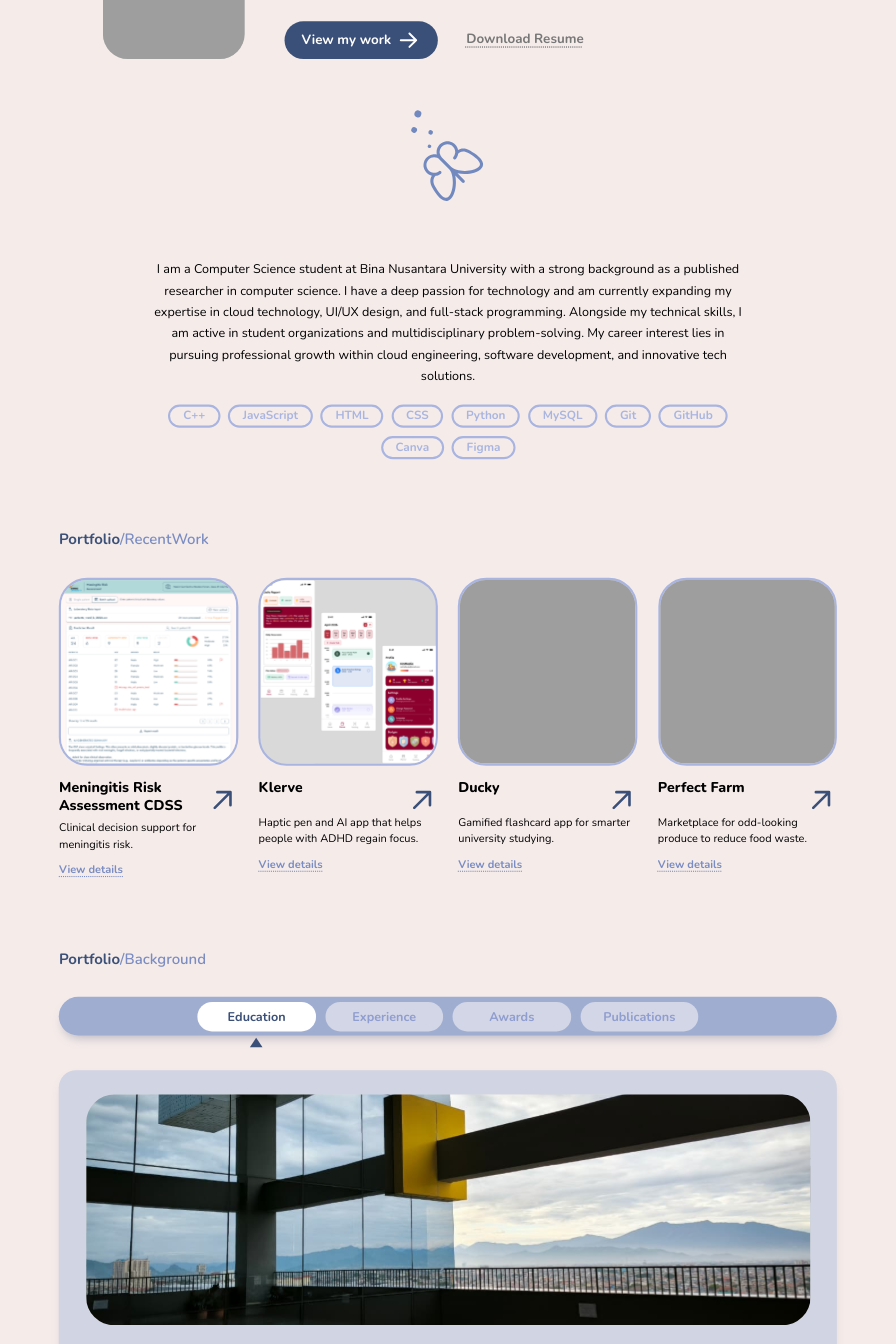
Repository: L-vy/L-vy
Page: /
The author's editor kept a copy of each file at every save. The page is drawn from the files as they stood at one save, then again after the next save.
The browser window is 1280 px wide. The pictures show the part of the page from y = 518 to 2438 px (the page is 3227 px tall), at 70% of full size.
Pictures or frames that could not be fetched are drawn as grey boxes. Some web fonts or font styles are not loaded; a fallback is used. The project was rebuilt for these pictures with package versions that can differ from the ones it lists, and the page was loaded fresh each time. Also part of the build but not shown: vite.config.ts, src/components/ExperienceBinder.tsx, src/components/FolderCard.tsx, src/components/ProjectSidebar.tsx, src/pages/ProjectDetails.tsx.

Above is the page before, as saved 2026-10-07 21:51:20.

### index.html
<!doctype html>
<html lang="en">
  <head>
    <meta charset="UTF-8" />
    <meta name="viewport" content="width=device-width, initial-scale=1.0" />
    <meta name="description" content="Portfolio of Latasha Ivy Khoe, Computer Science student specializing in Cloud Technology, UI/UX design and full-stack development." />
    <meta name="theme-color" content="#7288c1" />
    <link rel="icon" href="/images/ivy-logo.svg" />
    <link rel="preconnect" href="https://fonts.googleapis.com" />
    <link rel="preconnect" href="https://fonts.gstatic.com" crossorigin />
    <link href="https://fonts.googleapis.com/css2?family=Nunito:ital,wght@0,400;0,600;0,700;0,800;1,400&family=Playwrite+US+Modern:wght@100..400&display=swap" rel="stylesheet" />
    <title>Latasha Ivy Khoe | Portfolio</title>
  </head>
  <body>
    <div id="root"></div>
    <script type="module" src="/src/main.tsx"></script>
  </body>
</html>

### src/main.tsx
import { StrictMode } from 'react'
import { createRoot } from 'react-dom/client'
import App from './App'
import './styles.css'
createRoot(document.getElementById('root')!).render(<StrictMode><App /></StrictMode>)

### src/App.tsx
import { BrowserRouter, Route, Routes } from 'react-router-dom'
import Home from './pages/Home'
import ProjectDetails from './pages/ProjectDetails'
import CursorCircle from './components/CursorCircle'
export default function App() {
  return (
    <BrowserRouter>
      <CursorCircle />
      <Routes>
        <Route path="/" element={<Home />} />
        <Route path="/recentworks/:id" element={<ProjectDetails />} />
        <Route path="*" element={<Home />} />
      </Routes>
    </BrowserRouter>
  )
}

### src/styles.css
/* Sizes are authored at design scale (16px = 1rem) and rendered at 75% via html{font-size:75%}. */
:root{--blue:#7288c1;--cream:#f5ecea;--ink:#3b5078;--peri:#7a8cc2;--light:#a9b5e0;--bar:#9fadd1;--pill:#d3d6e6;--panel:#d1d4e3;--ph:#d9d9d9;--txt:#000;--gut:max(3.5rem,calc((100% - 68.75rem)/2 + 3.5rem));color-scheme:light}
html{font-size:75%}
*{box-sizing:border-box}
body{margin:0;background:var(--cream);color:var(--txt);font-family:'Nunito',system-ui,sans-serif;line-height:1.4}
h1,h2,h3,p,ul{margin:0}
ul{padding:0;list-style:none}
a{color:inherit}
button{font-family:inherit;cursor:pointer}
img{max-width:100%}
:focus-visible{outline:3px solid var(--ink);outline-offset:3px}
.fx{font-family:'Playwrite US Modern','Nunito',cursive;font-weight:400}
.nav{position:relative;height:4.5rem;background:var(--blue)}
.nav::after{content:'';position:absolute;left:0;right:0;top:100%;height:2.875rem;background:var(--blue)}
.nav-tabs{max-width:68.75rem;margin:0 auto;height:100%;display:flex;align-items:flex-end;padding-left:28%}
.nav-tab{width:8.25rem;height:4rem;border:0;background:none;color:#e9ecf7;display:grid;place-items:center;padding:0;transition:opacity .25s}
.nav-tab:hover{opacity:.8}
.nav-tab.active{background:var(--cream);border-radius:1.5rem 1.5rem 0 0;color:var(--light);opacity:1}
.nav-tab img{height:2.125rem}
.page{position:relative;z-index:1;background:var(--cream);border-radius:2.875rem 2.875rem 0 0;padding:0 var(--gut);}
.section{padding-top:5.625rem}
.hero{position:relative;padding-top:2.875rem;}
.hero-top{display:flex;justify-content:space-between;align-items:center}
.path{font-size:1.1875rem;font-weight:600;color:var(--peri)}
.path b{color:var(--ink);font-weight:700}
.crumb{background:none;border:0;padding:0;font:inherit;color:inherit}
.crumb:hover{text-decoration:underline dotted;text-underline-offset:0.25rem}
.contact-link{background:none;border:0;font-size:1.1875rem;font-weight:700;color:var(--ink)}
.hero-grid{display:grid;grid-template-columns:max-content auto;gap:3.125rem;align-items:flex-end;margin-top:3.25rem; padding: 0 var(--gut);}
.hero-photo{width: 100%;max-width: 135px;aspect-ratio: 200 / 375;object-fit:cover;background:var(--ph);border-radius:2rem;transition:transform .3s}
.hero-photo:hover{transform:rotate(-1.2deg) scale(1.015)}
.hello{height:3.375rem;width:auto;display:block}
h1{margin-top:0.25rem;font:400 2.5rem/1.35 'Playwrite US Modern','Nunito',cursive}
.lead{max-width:max-content;font-size:1.0625rem;line-height:1.6;margin-top:0.875rem}
.lead.sm{font-size:0.9375rem;max-width:none;margin-top:1.25rem}
.actions{display:flex;align-items:center;gap:2.25rem;margin-top:1.625rem;flex-wrap:wrap}
.btn{display:inline-flex;align-items:center;gap:0.5rem;background:var(--ink);color:#fff;border:0;border-radius: 32rem;padding: 0.575rem 1.375rem;font-size:1.0625rem;font-weight:700;transition:transform .25s}
.btn:hover{transform:translateY(-2px)}
.btn.blue{background:var(--blue);font-size:1.1875rem;padding:0.575rem 1.75rem}
.link-dotted{text-decoration:underline dotted;text-underline-offset:0.25rem;font-weight:700}
.link-dotted.grey{color:#777;font-size:1.0625rem}
.butterfly{display:block;margin:4rem auto 0;width:6rem}
.intro{max-width:47.5rem;margin:4.375rem auto 0;text-align:center}
.intro-text{font-size:1rem;line-height:1.7}
.pills{display:flex;flex-wrap:wrap;gap:0.625rem;justify-content:center;margin-top:1.375rem}
.pills.left{justify-content:flex-start}
.pill{border-radius:24rem;border:2px solid var(--light);padding:0.1rem 1rem;font-weight:700;font-size:0.9375rem;background:var(--cream);color:var(--light)}
.pill.solid-outline{background:none;border:1.5px solid var(--peri);font-size:1rem}
.reveal{opacity:0;transform:translateY(0.875rem);transition:opacity .6s,transform .6s}
.reveal.in{opacity:1;transform:none}
.fill{height:100%}
.cards{display:grid;grid-template-columns:repeat(4,1fr);gap:1.625rem;margin-top:2.125rem}
.card{display:flex;flex-direction:column;min-width:0}
.card-img{display:block;aspect-ratio:400/420;border-radius:2.25rem;border:2px solid var(--light);overflow:hidden;background:var(--ph);transition:transform .3s}
.card-img img{width:100%;height:100%;object-fit:cover;display:block}
.card:hover .card-img{transform:rotate(-1.2deg) scale(1.015)}
.card-title{display:flex;justify-content:space-between;align-items:flex-start;gap:0.5rem;margin-top:1rem;color:var(--ink)}
.card-title .icon{flex:none}
.clamp{font-size:1.125rem;font-weight:800;line-height:1.3;color:var(--txt);display:-webkit-box;-webkit-line-clamp:2;-webkit-box-orient:vertical;overflow:hidden}
.card-sum{font-size:0.875rem;line-height:1.5;margin-top:0.375rem}
.card-links{margin-top:0.625rem}
.card-links .link-dotted{color:var(--peri);font-size:0.875rem}
.tabbar{position:relative;background:var(--bar);border-radius:62.4375rem;padding:0.375rem 0.5rem;display:flex;justify-content:center;gap:0.75rem;margin-top:2.125rem;box-shadow:0 0.5rem 0.875rem -0.375rem rgba(60,70,110,.35)}
.tabwrap{position:relative;width:min(9.375rem,22%)}
.tab{width:100%;border:0;border-radius:62.4375rem;padding:0.5rem 0;font-size:1rem;font-weight:700;background:var(--pill);color:#8f9dcf;transition:background .25s,color .25s}
.tab.on{background:#fff;color:var(--ink)}
.pointer{position:absolute;left:50%;bottom:-1.25rem;margin-left:-0.5625rem;border:0.5625rem solid transparent;border-top:0;border-bottom:0.8125rem solid var(--ink)}
.panel{margin-top:2.75rem;background:var(--panel);border-radius:1.375rem;height:30.625rem;box-shadow:0 0.375rem 1rem -0.5rem rgba(60,70,110,.3);transition:background .3s,box-shadow .3s}
.panel.bound{background:transparent;box-shadow:none}
.banner{height:100%;display:flex;flex-direction:column;gap:2.125rem;padding:1.875rem 2.125rem 2.5rem}
.banner-img{flex:1;min-height:0;width:100%;object-fit:cover;background:var(--ph);border-radius:2.25rem;transition:transform .3s}
.banner:hover .banner-img{transform:rotate(-1.2deg) scale(1.015)}
.tx{padding-left:0.4375rem}
.tx h2{font-size:1.625rem;line-height:1.4}
.tx h3{margin-top:2px;font-size:1.1875rem;font-weight:700}
.tx p{margin-top:0.375rem;font-style:italic;font-size:0.9375rem}
.folders{height:100%;display:grid;grid-template-columns:1fr 1fr;gap:1.5rem;padding:1.75rem 2rem}
.folder{--rim:#3b5078;--body:#f3f3f9;background:var(--rim);border-radius:1.875rem;padding:1.5px;display:flex;flex-direction:column;overflow:hidden}
.media{height:11.875rem;margin-bottom:-2.5rem;flex:none;position:relative;overflow:hidden;border-radius:1.78125rem 1.78125rem 0 0;background:var(--ph)}
.media>*{display:block;width:100%;height:100%;object-fit:cover;background:var(--ph);transform:scale(1.06);transition:transform .3s}
.folder:hover .media>*{transform:rotate(-1.2deg) scale(1.1)}
.rest{flex:1;position:relative;z-index:1;background:var(--body);border-radius:0 1.78125rem 1.78125rem 1.78125rem;padding:0 1.375rem 1.125rem;display:flex;flex-direction:column}
.rest .tab{position:absolute;left:0;top:-2.25rem;width:80%;height:2.3125rem;padding:0;border-radius:1.25rem 1.25rem 0 0;background:var(--body)}
.rest .tab::after{content:'';position:absolute;right:-1.25rem;bottom:0;width:1.25rem;height:1.25rem;background:radial-gradient(circle at 100% 0,transparent 1.21875rem,var(--body) 1.25rem)}
.head{position:relative;margin-top:-1.375rem}
.head::before{content:'';float:right;width:24%;height:1rem}
.head b{display:-webkit-box;-webkit-line-clamp:3;-webkit-box-orient:vertical;overflow:hidden;font-size:1.0625rem;font-weight:800;line-height:1.25}
.head span{display:block;font-size:0.9375rem;color:#6f748f;margin-top:2px}
.folder p{margin-top:0.75rem;font-size:0.84375rem;font-style:italic;line-height:1.5;display:-webkit-box;-webkit-line-clamp:4;-webkit-box-orient:vertical;overflow:hidden}
.foot{margin-top:auto;padding-top:0.625rem;display:flex;justify-content:space-between;align-items:center;min-height:2.75rem}
.foot strong{font-size:1.5625rem;line-height:1.3}
.go{display:grid;place-items:center;width:2.5rem;height:2.5rem;border-radius:50%;background:var(--ink);color:#fff;transition:transform .25s}
.go:hover{transform:translate(2px,-2px)}
.exp{position:relative;height:100%}
.plate{position:absolute;left:0;top:0;bottom:0;width:8.125rem;background:#c9cde0;border-radius:1.625rem 0 0 1.625rem;box-shadow:0 0.625rem 1.125rem -0.625rem rgba(60,70,110,.4)}
.rail{position:absolute;left:0;top:4.4375rem;width:3.75rem;height:0;z-index:2}
.rail button{position:absolute;left:0.8125rem;top:calc(var(--i)*4.5rem);width:2.9375rem;height:5.25rem;z-index:calc(var(--i) + 1);border:0;background:var(--c);color:#fff;border-radius:1.125rem 0 0 1.125rem;display:grid;place-items:center;padding:0;transition:left .25s,width .25s}
.rail button:hover,.rail button[aria-selected=true]{left:0.4375rem;width:3.3125rem}
.rail button[aria-selected=true]{z-index:10}
.fcard{--acc:#9fadd1;position:absolute;left:3.75rem;right:0;top:0;bottom:0;background:var(--cream);border:2.5px solid var(--acc);border-radius:1.625rem;box-shadow:0 0.625rem 1.25rem -0.625rem rgba(60,70,110,.4);padding:1.375rem 1.75rem 1.375rem 1.875rem;overflow:hidden;transition:border-color .35s}
.pg{position:relative;height:100%;display:grid;grid-template-columns:1fr 1fr;grid-template-rows:auto 1fr;column-gap:3.5rem;animation:in .4s ease both}
@keyframes in{from{opacity:0;transform:translateY(0.5rem)}to{opacity:1;transform:none}}
.lab{grid-column:1/-1;font-size:0.8125rem}
.col{display:flex;flex-direction:column;min-width:0}
.col.end{align-self:end;padding-bottom:0.625rem}
.t{font-size:1.6875rem;font-weight:800;color:var(--ttl);line-height:1.2;margin-top:1.75rem}
.col.end .t{margin-top:0}
.sub{font-size:1.25rem;color:var(--ttl);margin-top:0.375rem}
.d{font-size:0.875rem;line-height:1.55;margin-top:1rem;font-style:italic}
.h{font-size:0.8125rem;margin:1.375rem 0 0.375rem}
.col ul{padding-left:1.25rem;font-size:0.84375rem;line-height:1.55;list-style:disc}
.stack,.zig{position:relative;margin-top:auto}
.stack{height:8rem}
.zig{margin-top:0.875rem}
.sp{position:absolute;display:block;width:62%;height:7.375rem;object-fit:cover;background:var(--ph);border:1px solid var(--txt);border-radius:1.625rem;transform:rotate(var(--r));transition:transform .3s}
.sp:hover{z-index:9;transform:rotate(calc(var(--r)*-1)) translateY(-0.3125rem) scale(1.03)}
.stack .sp:nth-child(1){--r:-2deg;left:0;top:0.375rem}
.stack .sp:nth-child(2){--r:1.5deg;left:20%;top:0.75rem}
.stack .sp:nth-child(3){--r:-1deg;left:38%;top:0}
.zig .sp{width:70%;height:7.5625rem}
.zig .sp:nth-child(1){--r:1deg;left:0;top:0}
.zig .sp:nth-child(2){--r:-1deg;left:44%;top:7rem}
.zig .sp:nth-child(3){--r:1deg;left:-1%;top:14.125rem}
.p1{left:47%;top:0.5rem;width:29%;height:8.4375rem;--r:1deg}
.p2{left:66%;top:4.875rem;width:27%;height:auto;aspect-ratio:210/297;--r:-1deg}
.contact{text-align:center;padding:5.75rem 0 6.25rem}
.contact h2{font-size:2.25rem;font-weight:400}
.contact b{font-weight:800}
.contact .btn{margin-top:1.375rem}
.footer{background:var(--blue);color:#eef0fa;padding:3.25rem var(--gut) 2.5rem;display:flex;justify-content:space-between;align-items:flex-end;gap:1.875rem;flex-wrap:wrap;min-height:14.375rem}
.footer ul{display:flex;gap:2.75rem;align-self:flex-start}
.ci{display:block;color:#dfe4f6;transition:transform .25s}
.ci:hover,.ci.pulse{transform:translateY(-0.25rem) scale(1.12)}
.footer-by{text-align:right;line-height:2;font-size:1rem}
/* .detail{border-radius:0 0 2.875rem 2.875rem;padding-top:2.875rem;padding-bottom:4.375rem} */
.detail{flex:1;min-width:0;min-height:100vh;border-radius:0 3rem 3rem 0;padding-top:2.875rem;padding-bottom:4.375rem}
.detail-grid{display:grid;grid-template-columns:1fr 1fr;gap:3.5rem;align-items:center;margin-top:2.875rem}
.detail-title{margin:0;font:800 2rem/1.3 'Nunito',sans-serif}
.detail .pills{margin-top:1.375rem}
/* ---------- Project detail: left sidebar ---------- */
.detail-shell{display:flex;min-height:100vh;background:var(--blue)}
.side{position:sticky;top:0;align-self:flex-start;flex:none;width:5.375rem;height:100vh;display:flex;flex-direction:column;padding:6rem 0 9.875rem}

/* step indicators 01–04 */
.steps{align-self:flex-start;display:grid;gap:0.5rem}
.step{display:grid;place-items:center;width:4.3125rem;height:4.4375rem;border-radius:0 1.25rem 1.25rem 0;background:transparent;color:var(--light);font-size:1.2rem;text-decoration:none;transition:opacity .25s}
.step:not(.on):hover{opacity:.8}
.step.on{background:var(--cream);color:var(--light);text-decoration:underline dotted;text-underline-offset:0.375rem}   /* RULE 2 */

/* vertical Previous / Next */
.side-nav{margin-top:3rem;align-self:flex-start;width:4.3125rem;display:flex;flex-direction:column;align-items:center;gap:1.75rem}
.side-btn{writing-mode:vertical-rl;transform:rotate(0deg);color:var(--cream);font-size:1rem;font-weight:600;line-height:1;text-decoration:none;transition:opacity .2s}   /* white by default */
a.side-btn:hover{opacity:.8}
.side-btn.edge{color:var(--light)}   /* RULE 3 */
.meta{margin-bottom:0.875rem;font-size:1.25rem;font-weight:400;color:var(--ink)}
.contrib{margin:1.125rem 0 0.5rem;font:400 0.9375rem 'Playwrite US Modern','Nunito',cursive;color:var(--peri)}
.contrib-list {position: relative;padding-left: 1.25rem;display: grid;gap: 0.75rem;font-size: 0.90625rem;}
.contrib-list::before {content: '';position: absolute;left: 0;top: 0.25rem;bottom: 0.25rem;width: 2px;background-color:var(--light);border-radius: 9999px;}
/* .contrib-list{border-left:3px solid var(--light);border-top-left-radius: 4px;border-bottom-left-radius: 4px;padding-left:0.875rem;display:grid;gap:0.75rem;font-size:0.90625rem} */
/* .contrib-list li{display:flex;gap:0.875rem;align-items:center}
.contrib-list li::before{content:'';width:0.75rem;height:0.75rem;flex:none;border-radius:50%;border:3px solid var(--peri)} */
.detail-links{display:flex;gap:0.75rem;flex-wrap:wrap;margin-top:1.375rem}
/* .detail-links .pill{background:none;border:2px solid var(--light);color:var(--peri);padding:0.375rem 1.25rem;font:400 0.875rem 'Playwrite US Modern','Nunito',cursive;text-decoration:underline dotted;text-underline-offset:0.25rem} */
.detail-links .pill{background:none;border:2px solid var(--light);color:var(--peri);padding:0.375rem 1.25rem;font-family:inherit;font-size:0.9375rem;font-weight:700;text-decoration:underline dotted;text-underline-offset:0.25rem}
.proto{margin:0}
/* .proto img{display:block;width:100%;aspect-ratio:1/1.08;object-fit:cover;background:var(--ph);border:3px solid var(--ink);border-radius:3rem;transition:transform .3s} */
.proto img {  border: 0;  outline: 0;  border-radius: 15px;}
.proto img:hover{transform:rotate(1.2deg) scale(1.015)}
.proto figcaption{text-align:center;font-weight:500;font-size:0.9375rem;color:var(--ink);margin-top:1rem}
/* .pager{background:var(--blue);margin-top:-2.875rem;padding:5.5rem var(--gut) 1.5rem;display:flex;justify-content:center;gap:3.5rem} */
/* .pager-btn{margin-top:-3rem;height:3.25rem;display:grid;place-items:center;color:#fff;font-weight:700;font-size:1.125rem;text-decoration:none;transition:opacity .2s} */
/* .pager-btn.prev{background:var(--cream);color:var(--ink);padding:0 2.125rem;border-radius:0 0 1.5rem 1.5rem}
.pager-btn.off{opacity:.5}
.pager-btn.prev.off{opacity:1;color:var(--light)} */
/* .pager-btn.hang{background:var(--cream);color:var(--ink);padding:0 2.125rem;border-radius:0 0 1.5rem 1.5rem} */
/* .pager-btn.off{opacity:.5} */
/* .pager-btn.hang.off{opacity:1;color:var(--light)} */
.cursor-circle{position:fixed;left:0;top:0;width:4rem;height:4rem;border-radius:50%;background:rgba(114,136,193,.28);pointer-events:none;z-index:50;transform:translate(-6.25rem,-6.25rem) scale(0);transition:transform .18s}
@media (max-width:960px)
{.cards{grid-template-columns:1fr 1fr}.nav-tabs{padding-left:4%}.nav-tab{width:6rem}}
@media (max-width:760px)
{.page{border-radius:1.875rem 1.875rem 0 0;padding:0 1.25rem}.hero-grid,.detail-grid{grid-template-columns:1fr;gap:1.75rem}.hero-photo{max-width:16.25rem}h1{font-size:1.875rem}.detail-title{font-size:1.5625rem}.cards{grid-template-columns:1fr}.tab{font-size:0.75rem}.tabbar{gap:0.375rem}.pointer{display:none}.panel{height:auto}.banner{padding:1.125rem;gap:1.5rem}.banner-img{flex:none;height:11.875rem}.folders{grid-template-columns:1fr;padding:1.125rem}.folder{min-height:23.75rem}.contact h2{font-size:1.6875rem}.footer ul{gap:1.375rem}.footer-by{text-align:left}.plate{display:none}.fcard{position:static;padding:1.25rem 1.125rem;border-radius:1.375rem}.exp{height:auto}.rail{position:static;height:auto;display:flex;gap:0.375rem;padding-left:0.625rem}.rail button,.rail button:hover,.rail button[aria-selected=true]{position:static;width:3.5rem;height:2.875rem;border-radius:0.875rem 0.875rem 0 0}.pg{display:flex;flex-direction:column;gap:0.875rem;height:auto}.col.end{padding:0}.stack,.zig{height:auto;display:grid;gap:0.625rem;margin-top:0.625rem}.pg .sp{position:static;width:100%;height:6.875rem}.pg .p2{height:auto;width:58%;align-self:center}
.detail-shell{flex-direction:column;min-height:0}
.side{position:static;width:auto;height:auto;flex-direction:row;justify-content:space-between;align-items:flex-start;padding:0 1.25rem 1rem}
.steps{display:flex;gap:0.5rem;align-self:flex-start}
.step{width:3rem;height:3rem;font-size:1.25rem;border-radius:0 0 1rem 1rem}
.side-nav{width:auto;flex-direction:row;align-self:center;gap:1.25rem}
.side-btn{writing-mode:horizontal-tb;transform:none;font-size:1rem}
.detail{border-radius:0 0 1.875rem 1.875rem;min-height:0}}

@media (prefers-reduced-motion:reduce){*{transition:none!important;animation:none!important}}

### src/components/Skills.tsx
import { site } from '../data/site'
import Reveal from './Reveal'
export default function Skills() {
  return (
    <Reveal className="intro">
      <p className="intro-text">{site.about}</p>
      <ul className="pills" aria-label="Skills">{site.skills.map(s => <li key={s} className="pill">{s}</li>)}</ul>
    </Reveal>
  )
}

### src/components/RecentWorks.tsx
import { projects } from '../data/projects'
import ProjectCard from './ProjectCard'
import Reveal from './Reveal'
export default function RecentWorks() {
  return (
    <section id="recent-works" className="section">
      <p className="path"><b>Portfolio</b>/RecentWork</p>
      <Reveal className="cards">{projects.slice(0, 4).map(p => <ProjectCard key={p.id} p={p} />)}</Reveal>
    </section>
  )
}

### src/components/ContactSection.tsx
import Icon from './Icon'
import { useGoTo } from './useGoTo'
export default function ContactSection() {
  const go = useGoTo()
  return (
    <section id="contact" className="contact">
      <h2>Interested in <b>Working Together?</b></h2>
      <button className="btn blue" onClick={() => go('contact', true)}>Get in Touch <Icon name="butterfly-cursor" size={34} /></button>
    </section>
  )
}

### src/components/Icon.tsx
export default function Icon({ name, size = 24, raw = false }: { name: string; size?: number; raw?: boolean }) {
  if (raw) return <img className="icon" src={`/icons/${name}.svg`} alt="" width={size} height={size} />
  const mask = `url(/icons/${name}.svg) center / contain no-repeat`
  return <span className="icon" aria-hidden="true" style={{ display: 'inline-block', width: size, height: size, backgroundColor: 'currentColor', WebkitMask: mask, mask }} />
}

### src/components/Reveal.tsx
import { useEffect, useRef, useState, type ReactNode } from 'react'
export default function Reveal({ children, className = '' }: { children: ReactNode; className?: string }) {
  const ref = useRef<HTMLDivElement>(null); const [on, setOn] = useState(false)
  useEffect(() => {
    const io = new IntersectionObserver(([e]) => { if (e.isIntersecting) { setOn(true); io.disconnect() } }, { threshold: 0.1 })
    if (ref.current) io.observe(ref.current); return () => io.disconnect()
  }, [])
  return <div ref={ref} className={`reveal ${on ? 'in' : ''} ${className}`}>{children}</div>
}

Loaded but not shown: src/data/projects.ts (42 lines, source omitted); src/data/background.ts (36 lines, source omitted); src/components/Background.tsx (34 lines, source omitted); src/data/site.ts (17 lines, source omitted); src/components/Navbar.tsx (29 lines, source omitted); src/components/Footer.tsx (20 lines, source omitted); src/pages/Home.tsx (27 lines, source omitted); src/components/Hero.tsx (24 lines, source omitted); src/components/CursorCircle.tsx (17 lines, source omitted); src/components/ProjectCard.tsx (17 lines, source omitted); src/components/useGoTo.ts (13 lines, source omitted)

After the next save:
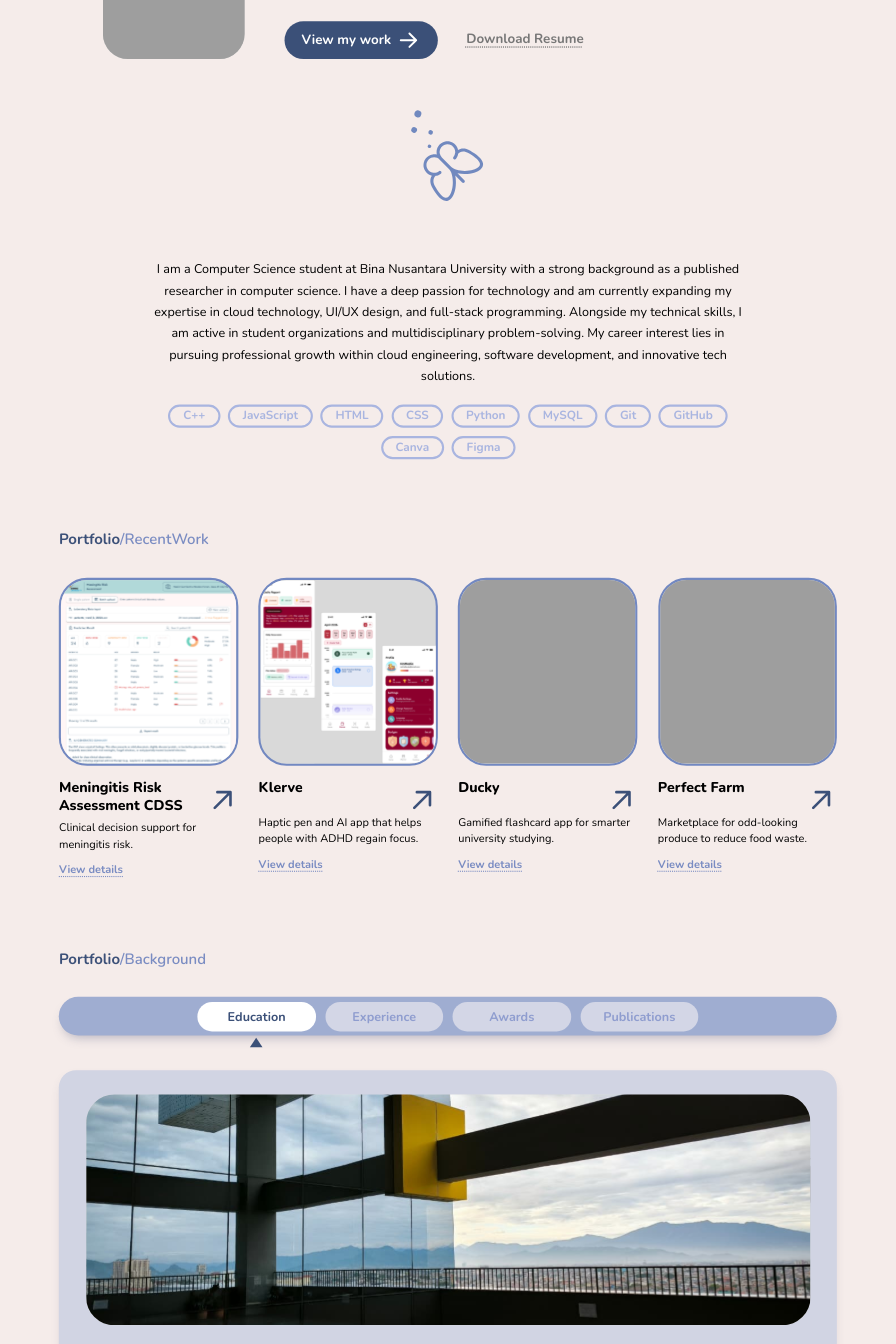
Saved 28 s later.
--- a/src/styles.css
+++ b/src/styles.css
@@ -51,7 +51,7 @@ h1{margin-top:0.25rem;font:400 2.5rem/1.35 'Playwrite US Modern','Nunito',cursiv
 .fill{height:100%}
 .cards{display:grid;grid-template-columns:repeat(4,1fr);gap:1.625rem;margin-top:2.125rem}
 .card{display:flex;flex-direction:column;min-width:0}
-.card-img{display:block;aspect-ratio:400/420;border-radius:2.25rem;border:2px solid var(--light);overflow:hidden;background:var(--ph);transition:transform .3s}
+.card-img{display:block;aspect-ratio:400/420;border-radius:2.25rem;border:2px solid var(--blue);overflow:hidden;background:var(--ph);transition:transform .3s}
 .card-img img{width:100%;height:100%;object-fit:cover;display:block}
 .card:hover .card-img{transform:rotate(-1.2deg) scale(1.015)}
 .card-title{display:flex;justify-content:space-between;align-items:flex-start;gap:0.5rem;margin-top:1rem;color:var(--ink)}
